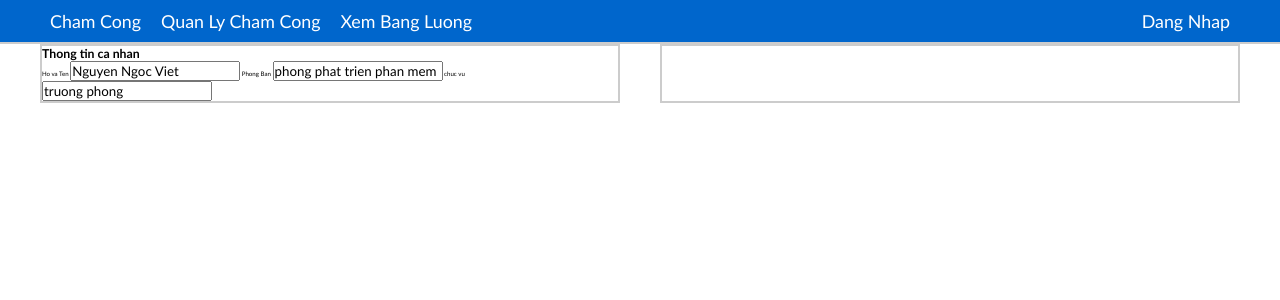
Repository: LDDUNG2003/a
Page: payroll.html
The author's editor kept a copy of each file at every save. The page is drawn from the files as they stood at one save, then again after the next save.
The browser window is 1280 px wide. The pictures show the whole page.

Above is the page before, as saved 2023-10-15 12:25:54.

### payroll.html
<!DOCTYPE html>
<html lang="en">

<head>
    <meta charset="UTF-8">
    <meta name="viewport" content="width=device-width, initial-scale=1.0">
    <title>Document</title>
    <link rel="stylesheet" href="./controlView/css/base.css">
    <link rel="stylesheet" href="/controlView/css/payfoll.css">

</head>

<body>
    <div class="main">
        <header class="app__header">
            <nav class="navBar">
                <ul class="navBar-list">
                    <li class="navBar--items"><a href="./index.html" class="navbar--link">Cham cong</a></li>
                    <li class="navBar--items"><a href="" class="navbar--link">Quan ly cham cong</a></li>
                    <li class="navBar--items">
                        <a href="" class="navbar--link">Xem bang luong</a></li>
                </ul>
                <ul class="navBar-list navBar-list--login">
                    <!-- login  -->
                    <li class="navBar--items">
                        <a href="./login.html" class="navbar--link">dang nhap</a></li>
                    <!-- admin menu -->
                    <!-- <li class="navBar--items">
                    admin
                    <ul class="account-list">
                        <li class="account--item"><a href="" class="navbar--link">admin</a></li>
                        <li class="account--item"><a href="" class="navbar--link">quan li nhan su</a></li>
                        <li class="account--item"><a href="" class="navbar--link">dang xuat</a></li>
                    </ul>
                </li> -->
                    <!-- personnel menu -->
                    <!-- <li class="navBar--items">
                    account name
                    <ul class="account-list">
                        <li class="account--item"><a href="" class="navbar--link">cai dat tai khoan</a></li>
                        <li class="account--item"><a href="" class="navbar--link">dang ki ca lam</a></li>
                        <li class="account--item"><a href="" class="navbar--link">dang xuat</a></li>
                    </ul>
                </li> -->
                </ul>
            </nav>
        </header>
        <div class="app__content">
            <div class="content-information">
                <div class="infomation--contain">
                    <h1 class="infomation--heading">Thong tin ca nhan</h1>
                    <form class="infomation" action="" method="post">
                        <label class="infomation--text" for="name">Ho va Ten</label>
                        <input class="infomation--input" type="text" name="name" value="Nguyen Ngoc Viet">
                        <label class="infomation--text" for="Department">Phong Ban</label>
                        <input class="infomation--input" type="text" name="Department" value="phong phat trien phan mem">
                        <label class="infomation--text" for="">chuc vu</label>
                        <input class="infomation--input" type="text" name value="truong phong">
                    </form>
                </div>
                <div class="infomation--contain">

                </div>
            </div>
        </div>
    </div>
</body>

</html>

### controlView/css/base.css
:root {
    --primary-color: #0066cc;
    --text-color: #040404;
}

* {
    padding: 0px;
    margin: 0px;
    font-family: 'Trebuchet MS', 'Lucida Sans Unicode', 'Lucida Grande', 'Lucida Sans', Arial, sans-serif;
}

html,
body {
    font-size: 0.62rem;
}

.main {}

.app__header {
    color: #fff;
    width: 100%;
    border-bottom: solid 2px #ccc;
    background-color: var(--primary-color);
}

.navBar {
    width: 100%;
    max-width: 1200px;
    margin: auto;
    display: flex;
    justify-content: space-between;
}

.navBar-list {
    display: flex;
    list-style: none;
    color: #fff;
}

.navBar--items {
    padding: 10px 10px;
    font-size: 1.8rem;
    position: relative;
    cursor: pointer;
    text-transform: capitalize;
}

.navBar--items::after {
    content: '';
    padding-top: 5px;
    top: 80%;
    left: 10px;
    display: none;
    /* width: 0px; */
    background-color: var(--primary-color);
    position: absolute;
    width: 70px;
}

.navBar--items:hover .navBar--items::after {
    display: block;
}

.navbar--link {
    text-decoration: none;
    color: inherit;
}

.account-list {
    position: absolute;
    width: 150px;
    display: none;
    list-style: none;
    padding: 4px;
    color: var(--text-color);
    top: 100%;
    left: 0px;
    box-shadow: #414141;
    background-color: white;
}

.navBar--items:hover .account-list {
    display: block;
}

.account--item {
    padding: 5px 0px;
    border-bottom: solid 1px #ccc;
}

.app__content {
    width: 100%;
    max-width: 1200px;
    margin: auto;
}

### controlView/css/payfoll.css
.content-information {
    display: flex;
    width: 100%;
    justify-content: space-between;
}

.infomation--contain {
    width: 48%;
    border: solid 2px #ccc;
}

.infomation--heading {}

.infomation {}

.infomation--text {}

.infomation--input {}

After the next save:
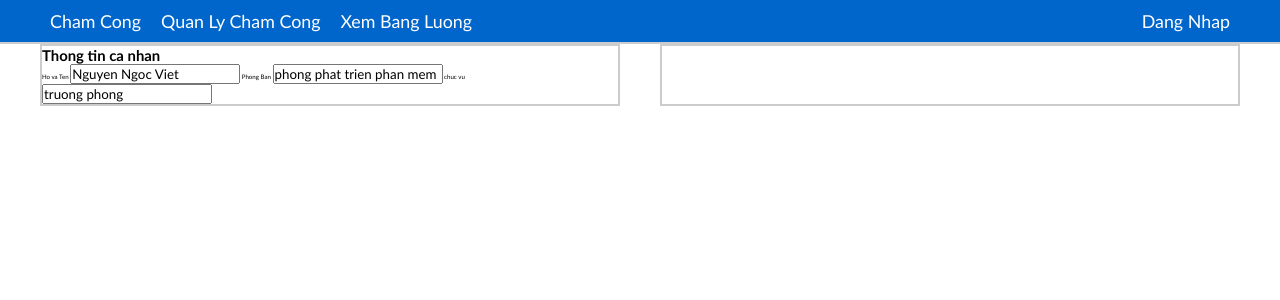
Saved 21 s later.
--- a/controlView/css/payfoll.css
+++ b/controlView/css/payfoll.css
@@ -9,7 +9,9 @@
     border: solid 2px #ccc;
 }
 
-.infomation--heading {}
+.infomation--heading {
+    font-size: 1.5rem;
+}
 
 .infomation {}
 
